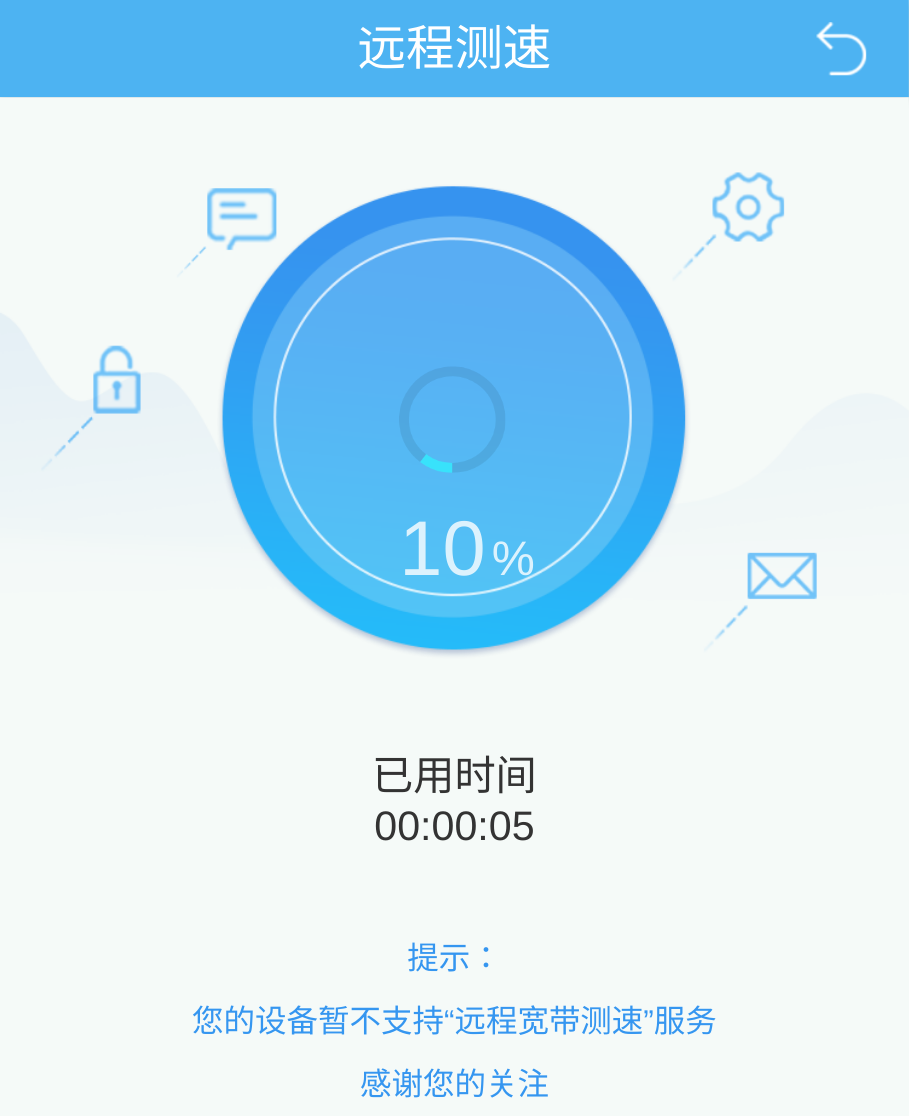
Repository: wangbiaozy/8.24
Page: index_test1.html
These files come from the project's save history. The page is drawn as it stood at one moment and after the next save; the edit follows.
The browser window is 1280 px wide. The pictures show the whole page, at 71% of full size.

Above is the page before, as saved 2018-08-23 19:11:00.

### index_test1.html
<!DOCTYPE html>
<html lang="en">
<head>
    <meta charset="UTF-8">
    <meta name="viewport"
          content="width=device-width, user-scalable=no, initial-scale=1.0, maximum-scale=1.0, minimum-scale=1.0">
    <title>Title</title>
    <link rel="stylesheet" href="css/reset.min.css">
    <link rel="stylesheet/less" href="css/styles_test1.less">
    <script src="js/less-1.7.0.min.js"></script>
</head>
<body>
    <header>
        <p>远程测速</p>
        <a class="back" href="javascript:void(0)"></a>
    </header>
    <main>
        <div class="circle">
            <div class="progress_1">
                <p><span>75</span>%</p>
            </div>
        </div>
        <div class="date">
            <p>已用时间</p>
            <p id="timeText">00:00:00</p>
        </div>
    </main>
    <footer>
        <div class="result_1">
            <p><span>2018年8月2日17:00</span>您的平均网速为</p>
            <p><span>50</span>M</p>
            <p>提示：您的网速较慢</p>
            <a href="javascript:void(0)">立即优化</a>
        </div>
        <div class="result_2">
            <p>提示：<br>您的设备暂不支持“远程宽带测速”服务<br>感谢您的关注</p>
        </div>
    </footer>
</body>
</html>
<script src="js/jquery-1.10.1.min.js"></script>
<script src="js/circle-progress.min.js"></script>
<script src="js/index.js"></script>

### css/reset.min.css
@charset "utf-8";
/*默认样式清除和初始化*/
body,h1,h2,h3,h4,h5,h6,hr,p,blockquote,dl,dt,dd,ul,ol,li,button,input,textarea,th,td{margin:0;padding:0}body{font-size:12px;font-style:normal;font-family:"\5FAE\8F6F\96C5\9ED1",Helvetica,sans-serif}small{font-size:12px}h1{font-size:18px}h2{font-size:16px}h3{font-size:14px}h4,h5,h6{font-size:100%}ul,ol{list-style:none}a{text-decoration:none;background-color:transparent}a:hover,a:active{outline-width:0;text-decoration:none}table{border-collapse:collapse;border-spacing:0}hr{border:0;height:1px}img{border-style:none}img:not([src]){display:none}svg:not(:root){overflow:hidden}html{-webkit-touch-callout:none;-webkit-text-size-adjust:100%}input,textarea,button,a{-webkit-tap-highlight-color:rgba(0,0,0,0)}article,aside,details,figcaption,figure,footer,header,main,menu,nav,section,summary{display:block}audio,canvas,progress,video{display:inline-block}audio:not([controls]),video:not([controls]){display:none;height:0}progress{vertical-align:baseline}mark{background-color:#ff0;color:#000}sub,sup{position:relative;font-size:75%;line-height:0;vertical-align:baseline}sub{bottom:-0.25em}sup{top:-0.5em}button,input,select,textarea{font-size:100%;outline:0}button,input{overflow:visible}button,select{text-transform:none}textarea{overflow:auto}button,html [type="button"],[type="reset"],[type="submit"]{-webkit-appearance:button}button::-moz-focus-inner,[type="button"]::-moz-focus-inner,[type="reset"]::-moz-focus-inner,[type="submit"]::-moz-focus-inner{border-style:none;padding:0}button:-moz-focusring,[type="button"]:-moz-focusring,[type="reset"]:-moz-focusring,[type="submit"]:-moz-focusring{outline:1px dotted ButtonText}[type="checkbox"],[type="radio"]{box-sizing:border-box;padding:0}[type="number"]::-webkit-inner-spin-button,[type="number"]::-webkit-outer-spin-button{height:auto}[type="search"]{-webkit-appearance:textfield;outline-offset:-2px}[type="search"]::-webkit-search-cancel-button,[type="search"]::-webkit-search-decoration{-webkit-appearance:none}::-webkit-input-placeholder{color:inherit;opacity:.54}::-webkit-file-upload-button{-webkit-appearance:button;font:inherit}.clear:after{display:block;height:0;content:"";clear:both}
*{ -webkit-tap-highlight-color: rgba(0,0,0,0);-webkit-tap-highlight-color: transparent; /* For some Androids */ }

### js/index.js
(function (doc, win) {
    var docEl = doc.documentElement,
        resizeEvt = 'orientationchange' in window ? 'orientationchange' : 'resize',
        recalc = function () {
            var clientWidth = docEl.clientWidth;
            if (!clientWidth) return;
            docEl.style.fontSize = 100 * (clientWidth / 750) + 'px';
        };
    if (!doc.addEventListener) return;
    win.addEventListener(resizeEvt, recalc, false);
    doc.addEventListener('DOMContentLoaded', recalc, false);
})(document, window);
$(function () {

    //首页一键体检
    $('#beforeBtn').on('click',function(){
        $('.before').hide();
        $('.check').show();
        $('.progress').circleProgress({
            value: 1,
            size: 115,
            startAngle: Math.PI/2,
            thickness: 14,
            animation: {duration:12000},//进度条完成时间（ms）
            fill: {
                gradient: ["#32edfd"]
            },
            //circle-animation-start：	function(event)-event - jQ事件
            //circle-animation-progress：	function(event, animationProgress, stepValue)：-event - jQ事件 animationProgress - 从0.0到1.0stepValue - 当前的步长值，从0.0到value
            //circle-animation-end:	function(event)：-event - jQ事件
        }).on('circle-animation-progress', function (event, progress, stepValue) {
                $(this).find('span').html(parseInt(stepValue.toFixed(2) * 100));
        }).on('circle-animation-end',function(){
            $('.message').removeClass('move');
            stop();
            $('.check').hide();
            $('.result').show();
        });
        start();
        messageMove();
    });

    //远程测速
   (function(){
       try{
        $('.progress_1').circleProgress({
            value: 1,
            size: 150,
            startAngle: Math.PI / 2,
            thickness: 14,
            animation: { duration: 24000 },//进度条完成时间（ms）
            fill: {
                gradient: ["#32edfd"]
            },
        }).on('circle-animation-progress', function (event, progress, stepValue) {
            $(this).find('span').html(parseInt(stepValue.toFixed(2) * 100));
        }).on('circle-animation-end', function () {
            stop();
        });
        start();
       }catch{}
   })();


    //检查项滚动
    var messageInnerText = '1111';
    function messageScroll(){
        $('.message').children('li:first-child').remove();
        $('.message').append('<li>'+messageInnerText+'</li>');
        if(!$('.message').hasClass('move')){
            window.clearInterval(timer);
        }
    }
    function messageMove(){
        timer = window.setInterval(messageScroll,500);
    }


    //检测时间
    var hour,minute,second;
    hour=minute=second=0;
    var millisecond=0;
    var int;
    function start(){
        int=setInterval(times,50);
    }
    function times(){
        millisecond=millisecond+50;
        if(millisecond>=1000){
            millisecond=0;
            second=second+1;
        }
        if(second>=60){
            second=0;
            minute=minute+1;
        }

        if(minute>=60){
            minute=0;
            hour=hour+1;
        }
      $('#timeText').text((hour<10?"0"+hour:hour)+':'+(minute<10?"0"+minute:minute)+':'+(second<10?"0"+second:second));
    }
    function stop(){
        window.clearInterval(int);
    }


    //查看详细清单下拉
    $('.arrow').on('click',function(){
        var $this = $(this),
            $listBox = $(this).siblings('div');
        $listBox.slideToggle("normal",function(){
            if($listBox.css('display') === 'block'){
                $this.addClass('act');
                $this.siblings('p').css('opacity','0');
            }else{
                $this.removeClass('act');
                $this.siblings('p').css('opacity','1');
            }
        });
    });



    //网关重启 WIFI开关 LED指示灯开关 查看黑名单
    $('#controlBox').on('click','a',function(){
        var $this = $(this);
        if($this.hasClass('off')){
            $this.removeClass('off');
        }else{
            $this.addClass('off');
        }
    });

    $('#look_blacklist').on('click',function(){
        $('.blacklistModel').show();
    });

    //返回
    $('.back').on('click',function(){
        window.history.go(-1);
    });
    //关闭弹窗
    $('.close').on('click',function(){
        $(this).parent().hide();
        hideMask();
    });
    //显示遮罩层
    function showMask(){
        $("#mask").css("height",$(document).height());
        $("#mask").css("width",$(document).width());
        $("#mask").show();
        $('body').css('position','fixed');
    }
    //隐藏遮罩层
    function hideMask(){
        $("#mask").hide();
        $('body').css('position','unset');
    }
});

Loaded but not shown: js/less-1.7.0.min.js (library); js/jquery-1.10.1.min.js (library); js/circle-progress.min.js (library)

After the next save:
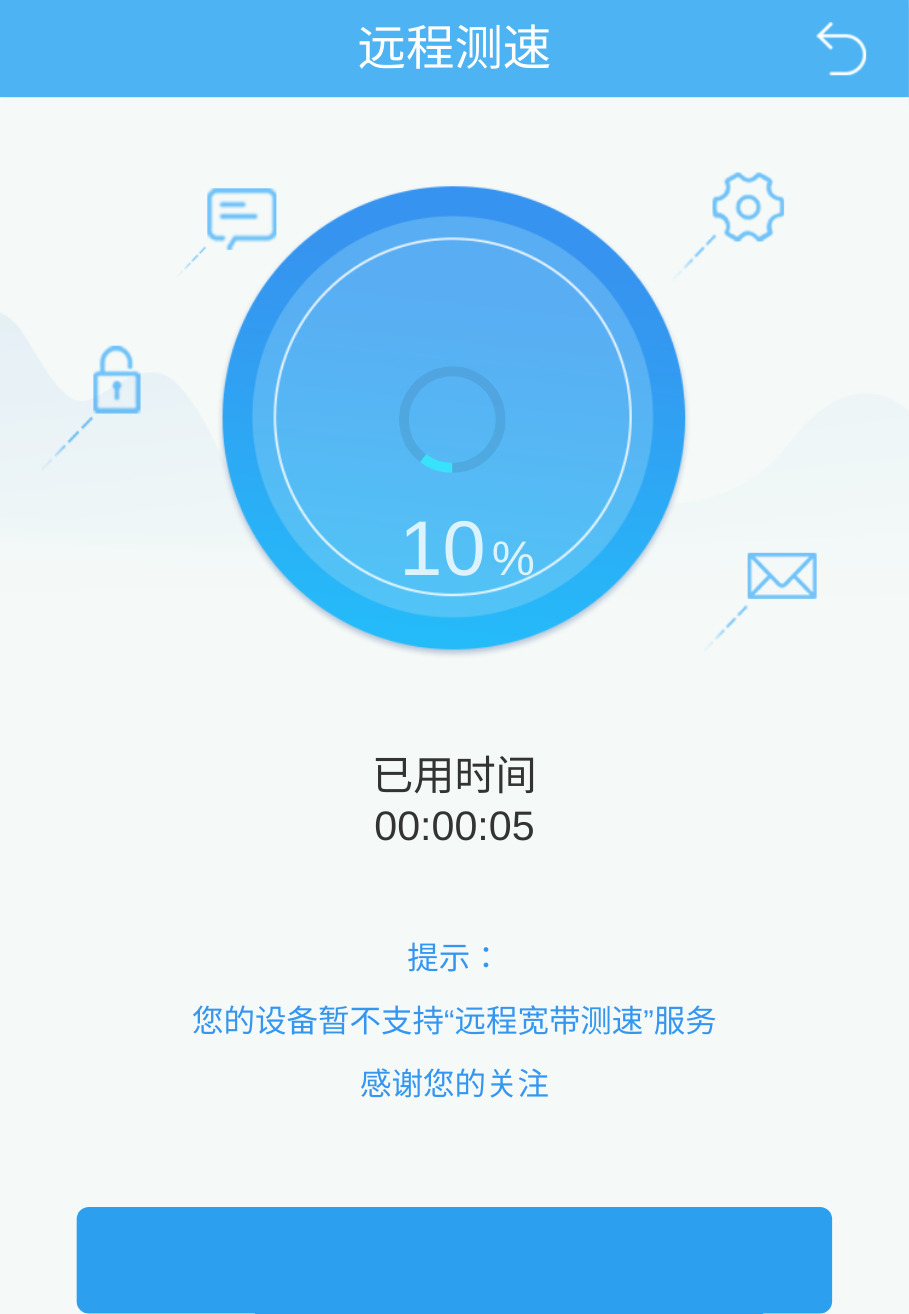
Saved 10 s later.
--- a/index_test1.html
+++ b/index_test1.html
@@ -34,6 +34,7 @@
         </div>
         <div class="result_2">
             <p>提示：<br>您的设备暂不支持“远程宽带测速”服务<br>感谢您的关注</p>
+            <a href="javascript:void(0)"></a>
         </div>
     </footer>
 </body>
